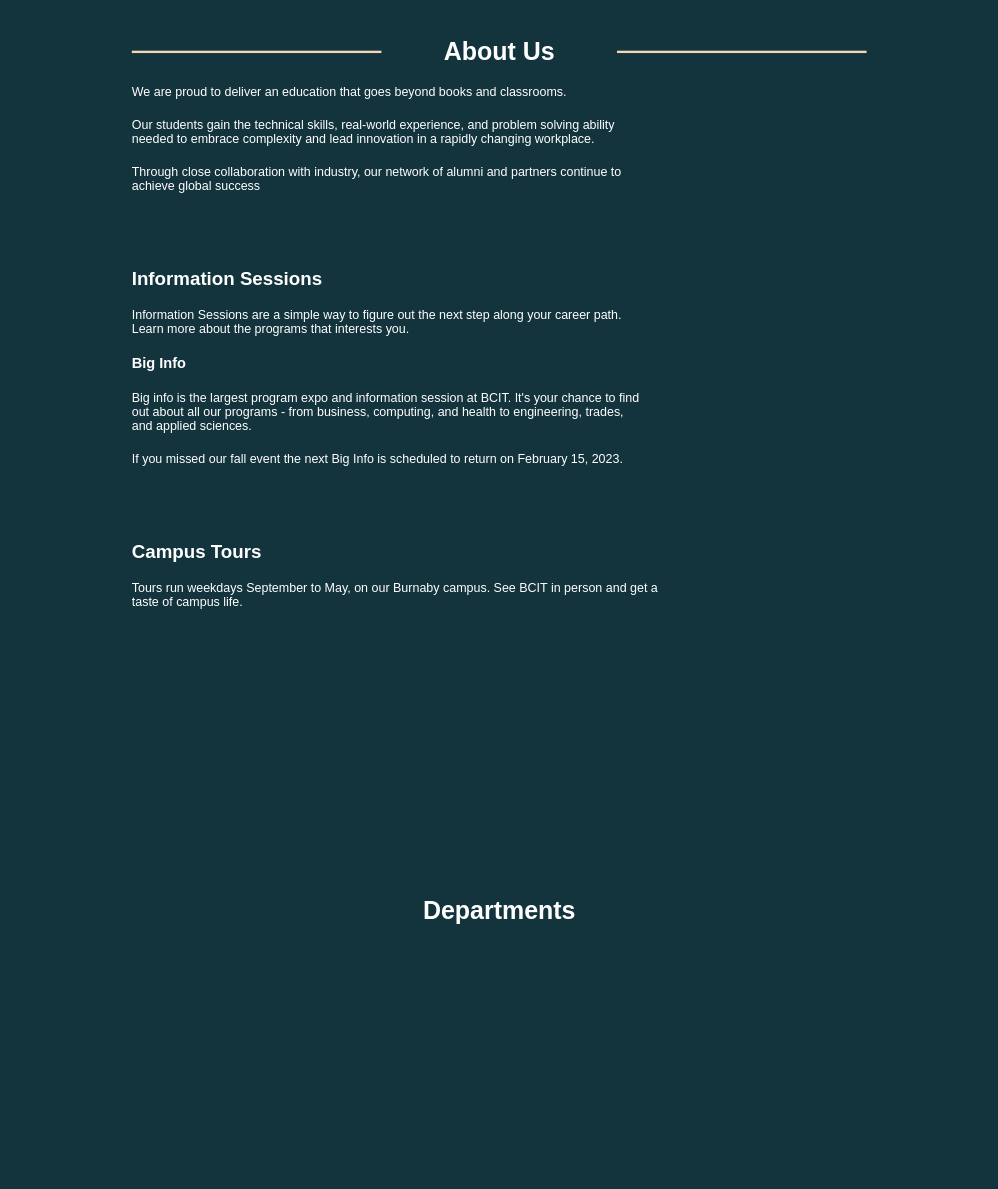
Repository: jennydmcm/assignment-1-playwright-site-A01338943
Page: /about
These files come from the project's save history. The page is drawn as it stood at one moment and after the next save; the edit follows.
The browser window is 1280 px wide. The pictures show the whole page, at 78% of full size.
The project was rebuilt for these pictures with package versions that can differ from the ones it lists, and the page was loaded fresh each time. The framework's server and built-in components were replaced by stand-ins that run in the browser. Also part of the build but not shown: next.config.js.

Above is the page before, as saved 2023-02-08 13:45:03.

### pages/_app.js
import '../styles/globals.css'
import '../styles/variables.css'

function MyApp({ Component, pageProps }) {
  return <Component {...pageProps} />
}

export default MyApp

### pages/about.js
import Head from "next/head";
import Image from "next/image";
import { Inter } from "@next/font/google";
import styles from "@/styles/About.module.css";
const inter = Inter({ subsets: ["latin"] });

export default function Home() {
  return (
    <>
      <Head>
        <title>About Us</title>
        <meta name="description" content="Generated by create next app" />
        <meta name="viewport" content="width=device-width, initial-scale=1" />
        <meta name="author" content="MDIA 2109" />
        <meta property="og:title" content="Assignment #1 - About Us Page" />
        <meta
          property="og:description"
          content="BCIT Digital Design and Development Diploma"
        />
        <link rel="icon" href="/favicon.png" />
      </Head>
      <main className={styles.main}>
        <header>
          <div className={styles.about}>
            <div className={styles.header}>
              <hr className={styles.lines}></hr>
              <h1 className={styles.aboutTitle}>About Us</h1>
              <hr className={styles.lines}></hr>
            </div>
            <p className={styles.mainText}>
              We are proud to deliver an education that goes beyond books and
              classrooms.
            </p>
            <p className={styles.mainText}>
              Our students gain the technical skills, real-world experience, and
              problem solving ability <br></br>
              needed to embrace complexity and lead innovation in a rapidly
              changing workplace.
            </p>
            <p className={styles.mainText}>
              Through close collaboration with industry, our network of alumni
              and partners continue to <br></br>
              achieve global success
            </p>
          </div>
          <div className={styles.infosesh}>
            <h2>Information Sessions</h2>
            <p className={styles.mainText}>
              Information Sessions are a simple way to figure out the next step
              along your career path. <br></br>
              Learn more about the programs that interests you.
            </p>
            <h3 className={styles.bigInfo}>Big Info</h3>
            <p className={styles.mainText}>
              Big info is the largest program expo and information session at
              BCIT. It's your chance to find<br></br>
              out about all our programs - from business, computing, and health
              to engineering, trades,<br></br>
              and applied sciences.
            </p>
            <p className={styles.mainText}>
              If you missed our fall event the next Big Info is scheduled to
              return on February 15, 2023.
            </p>
          </div>

          <div className={styles.tours}>
            <h2>Campus Tours</h2>
            <p className={styles.mainText}>
              Tours run weekdays September to May, on our Burnaby campus. See
              BCIT in person and get a<br></br>
              taste of campus life.
            </p>
          </div>
          <div className={styles.dept}>
            <h1>Departments</h1>
          </div>
        </header>
        <a>
          <span>
            <img href="/upwardArrow.png"></img>
            <img href="downwardArrow.png"></img>
          </span>
        </a>
      </main>
    </>
  );
}

### styles/variables.css
:root{
    --primary-color: #fff;
    --secondary-color: #f4d6b9;
    --ternary-color: #14343d;
    --quaternary-color: #14343d;
    --quinary-color: rgba(16,46,53,0.5);

}

### styles/About.module.css
.main{
    background-color: var(--ternary-color);
    color: var(--primary-color);
    font-family: Arial, Helvetica, sans-serif;
    display: flex;
    flex-direction: column;
    align-items: center;

}
.about{
    display: flex;
    flex-direction: column;
    padding: 3rem;
    padding-bottom: 3rem;

}


.infosesh{
    display: flex;
    flex-direction: column;
    padding: 3rem;
    padding-bottom: 3rem;

}

.bigInfo{
    padding-top: 1.5rem;

}

.tours{
    display: flex;
    flex-direction: column;
    padding: 3rem;
    padding-bottom: 3rem;

}

.dept{
    display: flex;
    flex-direction: column;
    padding-top: 20rem;
    padding-bottom: 20rem;
    align-items: center;


}

.aboutTitle{
    display: flex;
    flex-direction: column;
    align-items: center;
    padding-left: 5rem;
    padding-right: 5rem;
}

.mainText{
    padding-top: 1.5rem;


}

.lines{
    border-top: none;
    border-bottom: 0.2rem solid var(--secondary-color);
    border-left: none;
    border-right: none;
    width: 20rem;
}
.header{
    display: flex;
    flex-direction: row;
    align-items: center;
}

Loaded but not shown: pages/_document.js (common file); styles/globals.css (common file)

After the next save:
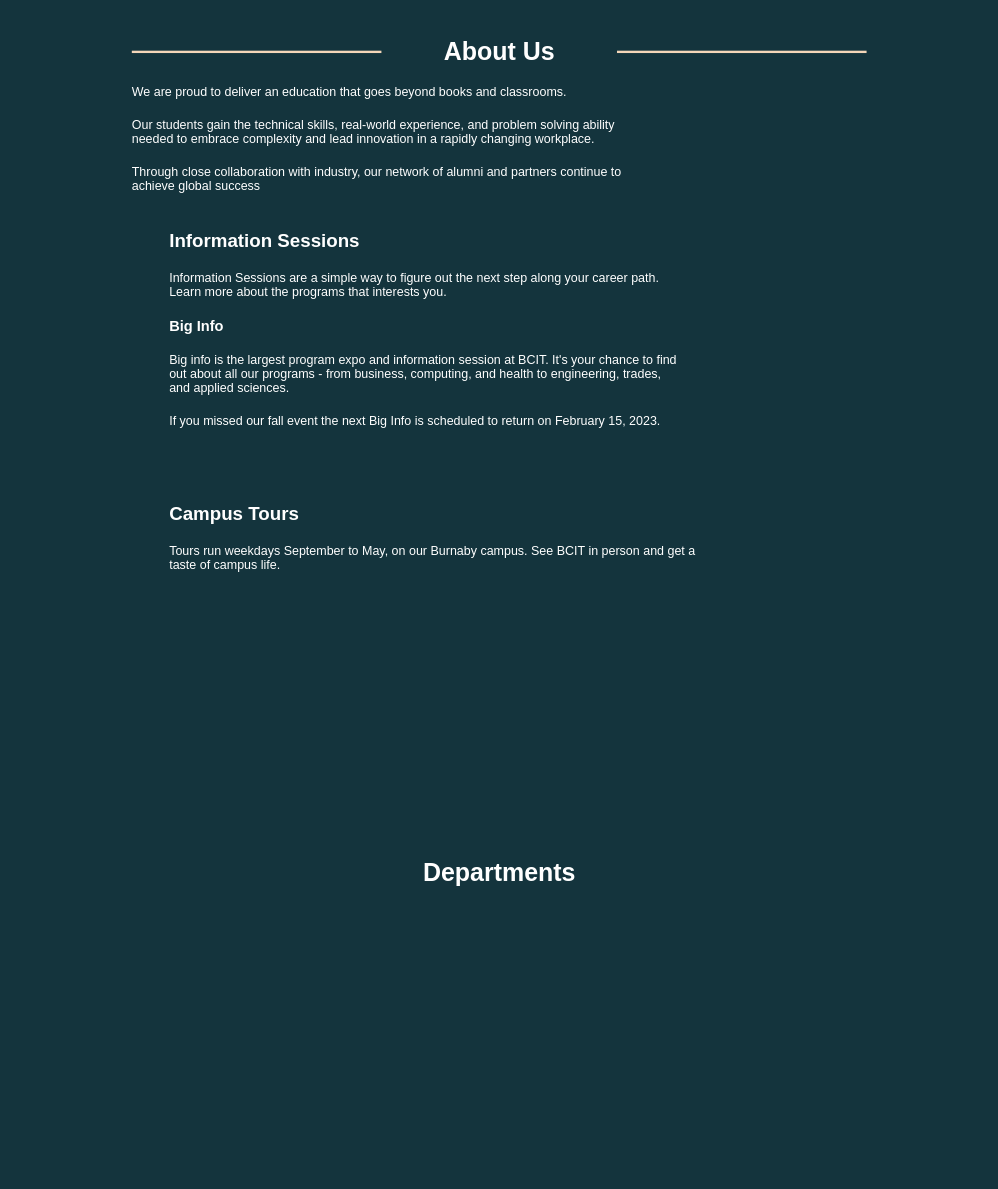
Saved 37 s later.
--- a/pages/about.js
+++ b/pages/about.js
@@ -27,53 +27,56 @@ export default function Home() {
               <h1 className={styles.aboutTitle}>About Us</h1>
               <hr className={styles.lines}></hr>
             </div>
-            <p className={styles.mainText}>
-              We are proud to deliver an education that goes beyond books and
-              classrooms.
-            </p>
-            <p className={styles.mainText}>
-              Our students gain the technical skills, real-world experience, and
-              problem solving ability <br></br>
-              needed to embrace complexity and lead innovation in a rapidly
-              changing workplace.
-            </p>
-            <p className={styles.mainText}>
-              Through close collaboration with industry, our network of alumni
-              and partners continue to <br></br>
-              achieve global success
-            </p>
-          </div>
-          <div className={styles.infosesh}>
-            <h2>Information Sessions</h2>
-            <p className={styles.mainText}>
-              Information Sessions are a simple way to figure out the next step
-              along your career path. <br></br>
-              Learn more about the programs that interests you.
-            </p>
-            <h3 className={styles.bigInfo}>Big Info</h3>
-            <p className={styles.mainText}>
-              Big info is the largest program expo and information session at
-              BCIT. It's your chance to find<br></br>
-              out about all our programs - from business, computing, and health
-              to engineering, trades,<br></br>
-              and applied sciences.
-            </p>
-            <p className={styles.mainText}>
-              If you missed our fall event the next Big Info is scheduled to
-              return on February 15, 2023.
-            </p>
-          </div>
 
-          <div className={styles.tours}>
-            <h2>Campus Tours</h2>
-            <p className={styles.mainText}>
-              Tours run weekdays September to May, on our Burnaby campus. See
-              BCIT in person and get a<br></br>
-              taste of campus life.
-            </p>
-          </div>
-          <div className={styles.dept}>
-            <h1>Departments</h1>
+            <div className={styles.body}>
+              <p className={styles.mainText}>
+                We are proud to deliver an education that goes beyond books and
+                classrooms.
+              </p>
+              <p className={styles.mainText}>
+                Our students gain the technical skills, real-world experience,
+                and problem solving ability <br></br>
+                needed to embrace complexity and lead innovation in a rapidly
+                changing workplace.
+              </p>
+              <p className={styles.mainText}>
+                Through close collaboration with industry, our network of alumni
+                and partners continue to <br></br>
+                achieve global success
+              </p>
+            </div>
+            <div className={styles.infosesh}>
+              <h2>Information Sessions</h2>
+              <p className={styles.mainText}>
+                Information Sessions are a simple way to figure out the next
+                step along your career path. <br></br>
+                Learn more about the programs that interests you.
+              </p>
+              <h3 className={styles.bigInfo}>Big Info</h3>
+              <p className={styles.mainText}>
+                Big info is the largest program expo and information session at
+                BCIT. It's your chance to find<br></br>
+                out about all our programs - from business, computing, and
+                health to engineering, trades,<br></br>
+                and applied sciences.
+              </p>
+              <p className={styles.mainText}>
+                If you missed our fall event the next Big Info is scheduled to
+                return on February 15, 2023.
+              </p>
+            </div>
+
+            <div className={styles.tours}>
+              <h2>Campus Tours</h2>
+              <p className={styles.mainText}>
+                Tours run weekdays September to May, on our Burnaby campus. See
+                BCIT in person and get a<br></br>
+                taste of campus life.
+              </p>
+            </div>
+            <div className={styles.dept}>
+              <h1>Departments</h1>
+            </div>
           </div>
         </header>
         <a>
